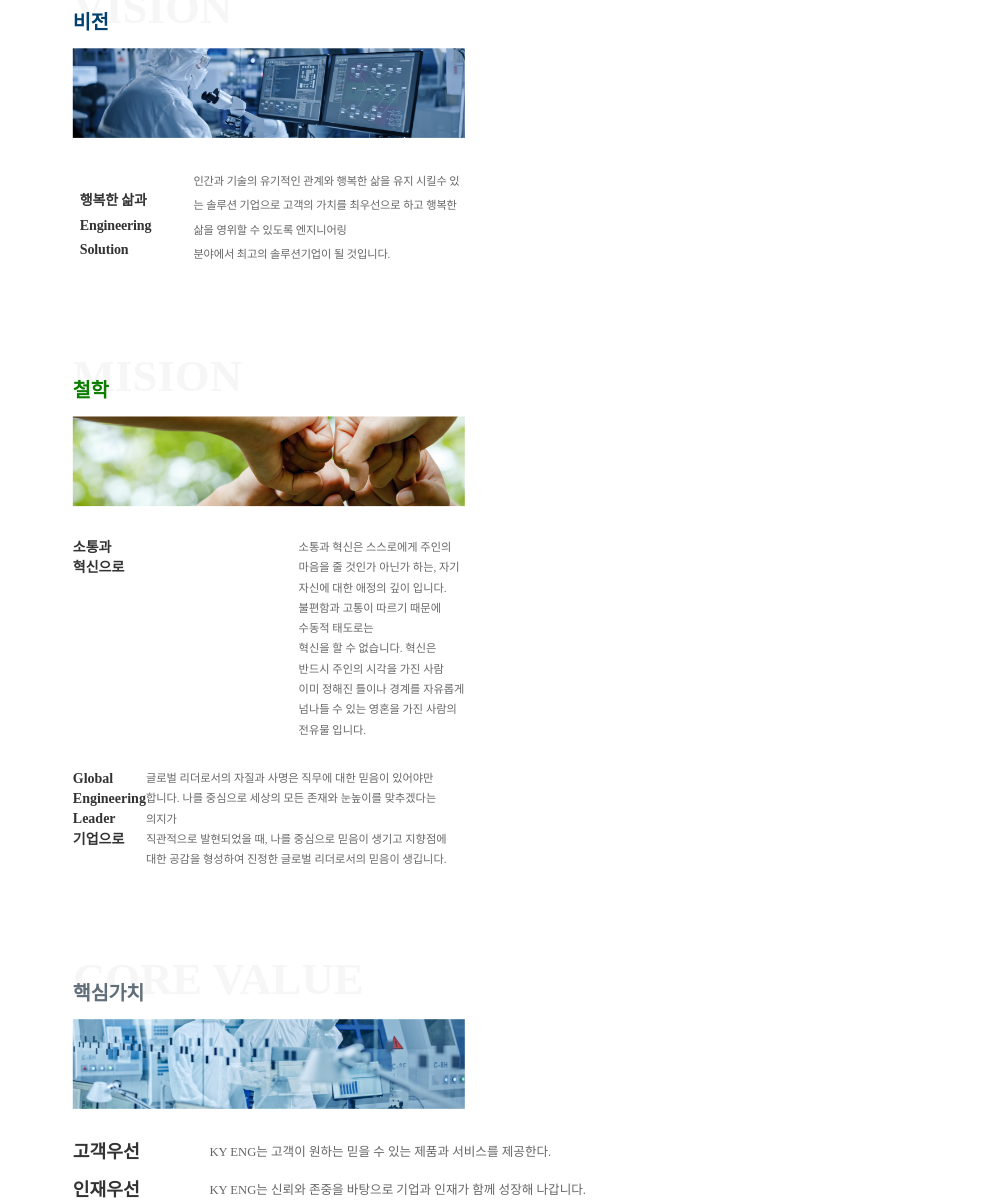
Repository: wogml3270/kumyoungENG
Page: sub/about/about_company.html
These files come from the project's save history. The page is drawn as it stood at one moment and after the next save; the edit follows.
The browser window is 768 px wide. The page is 1429 px wide, so the pictures cover 1429 px, including what lies to the right of the window. The pictures show the part of the page from y = 850 to 2570 px (the page is 3078 px tall before and 3141 px after), at 70% of full size.
Some web fonts or font styles are not loaded; a fallback is used.

Above is the page before, as saved 2022-07-25 11:50:02.

### sub/about/about_company.html
<!DOCTYPE html>
<html lang="ko">
    <head>
        <meta charset="UTF-8" />
        <meta http-equiv="X-UA-Compatible" content="ie=edge" />
        <meta name="viewport" content="width=device-width, initial-scale=1.0" />
        <link rel="stylesheet" href="./../css/reset.css" />
        <link rel="stylesheet" href="./../css/about_company.css" />
        <link rel="stylesheet" href="./../css/about_banner.css">
        <link rel="stylesheet" href="./../css/snb_bar.css">
        <link rel="stylesheet" href="../../css/header.css">
        <link rel="stylesheet" href="../../css/footer.css">
        <link rel="stylesheet" href="/css/media.css">
        <script src="https://ajax.googleapis.com/ajax/libs/jquery/3.5.1/jquery.min.js"></script>
        <script src="http://ajax.aspnetcdn.com/ajax/jQuery/jquery-1.12.4.min.js"></script>
        <script src="https://code.jquery.com/jquery-1.12.4.min.js"></script>
        <script src="../../js/script.js"></script>
        <script src="../../js/snb_bar.js"></script>
        <title>회사소개_기업정신</title>
    </head>
    <body>
        <div id="header"></div>
        <div id="wrap">
            <div class="about-banner">
                <p>KUM YOUNG ENG</p>
                <span></span>
                <h3>회사소개</h3>
                <!-- <img src="./../images/company-banner-image.png" alt="배너 이미지"> -->
            </div>

            <div class="snb">
                <a href="./../index.html">homeimg</a>

                    <ul class="snb_box">
                        <li><a href="">회사소개<img src="./../images/Vector 1.png" alt=""></a></li>
                        <li>
                            <a href="/sub/about/about_company.html">기업정신<img src="./../images/Vector 1.png" alt=""></a>
                            <ol class="lnb">
                                <li><a href="/sub/about/about_greeting.html">인사말</a></li>
                                <!-- <li><a href="/sub/about/about_company.html">기업정신</a></li> -->
                                <li><a href="/sub/about/about_management.html">경영이념</a></li>
                                <li><a href="">ESG경영</a></li>
                                <li><a href="/sub/about/about_history.html">연혁</a></li>
                                <li><a href="/sub/about/about_org.html">조직도</a></li>
                                <li><a href="/sub/about/about_branch.html">지사/해외법인</a></li>
                                <li><a href="/sub/about/about_wayto.html">오시는길</a></li>
                            </ol>
                        </li>
                    </ul>
              </div>

            <section id="mind">
                <h2>기업정신</h2>

                <article class="vision">
                    <h3>VISION</h3>
                    <h4>비전</h4>

                    <img src="./../images/vision-image.png" alt="행복한 삶과 Engineering Solution">


                    <div class="firsttx">
                        <p>
                            행복한 삶과 <br />
                            Engineering Solution
                        </p>

                        <p>
                            인간과 기술의 유기적인 관계와 행복한 삶을 유지 시킬수 있는 솔루션 기업으로
                            고객의 가치를 최우선으로 하고 행복한 삶을 영위할 수 있도록 엔지니어링 <br />
                            분야에서 최고의 솔루션기업이 될 것입니다.
                        </p>
                    </div>
                </article>

                <article class="mission">
                    <h3>MISION</h3>
                    <h4>철학</h4>
                    <img src="./../images/mission-image.png" alt="소통과 혁신으로 Global Engineering Leader 기업으로">

                    <div class="secondtx">
                        <div>
                            <p>
                                소통과 <br />
                                혁신으로
                            </p>

                            <p>
                                소통과 혁신은 스스로에게 주인의 마음을 줄 것인가 아닌가 하는, 자기 자신에 대한 애정의 깊이 입니다.
                                불편함과 고통이 따르기 때문에 수동적 태도로는 <br />
                                혁신을 할 수 없습니다. 혁신은 반드시 주인의 시각을 가진 사람 이미 정해진 틀이나
                                경계를 자유롭게 넘나들 수 있는 영혼을 가진 사람의 전유물 입니다.
                            </p>
                        </div>

                        <div>
                            <p>
                                Global Engineering <br />
                                Leader 기업으로
                            </p>

                            <p>
                                글로벌 리더로서의 자질과 사명은 직무에 대한 믿음이 있어야만 합니다.
                                나를 중심으로 세상의 모든 존재와 눈높이를 맞추겠다는 의지가 <br />
                                직관적으로 발현되었을 때, 나를 중심으로 믿음이 생기고 지향점에 대한 공감을 형성하여
                                진정한 글로벌 리더로서의 믿음이 생깁니다.
                            </p>
                        </div>
                    </div>
                </article>

                <article class="core_value">
                    <h3>CORE VALUE</h3>
                    <h4>핵심가치</h4>

                    <img src="./../images/value-image.png" alt="핵심가치">
                    <div class="thirdtx">
                        <dl>
                            <dt>고객우선</dt>
                            <dd>KY ENG는 고객이 원하는 믿을 수 있는 제품과 서비스를 제공한다.</dd>
                        </dl>
                        <dl>
                            <dt>인재우선</dt>
                            <dd>KY ENG는 신뢰와 존중을 바탕으로 기업과 인재가 함께 성장해 나갑니다.</dd>
                        </dl>
                        <dl>
                            <dt>창의적 혁신</dt>
                            <dd>KY ENG는 독창적 사고로 고정관념을 타파하여 차별화된 경쟁력을 확보하고 새로운 시장을 선도한다.</dd>
                        </dl>
                        <dl>
                            <dt>변화선도</dt>
                            <dd>KY ENG 는 현실안주를 퇴보로 인식하고, 끊임없이 변화와 혁신을 추구해온 기업이며 세계시장을 리드하고 변화를 선도하는 기업이 되기 위해 노력합니다.</dd>
                        </dl>
                    </div>

                </article>
            </section>
        </div>
        <div id="footer"></div>
    </body>
</html>

### sub/css/reset.css
@charset "UTF-8";

* {
    margin: 0;
    padding: 0;
  }

  body,
  html {
    width: 100%;
    height: 100%;
    font-family: "Pretendard";
  }

  ul,
  li {
    list-style: none;
    text-decoration: none;
  }

  a:link,
  a:visited,
  a:hover,
  a:active {
    color: #fff;
    text-decoration: none;
  }

### sub/css/about_company.css
@charset "utf-8";

@import url("https://cdn.jsdelivr.net/gh/orioncactus/pretendard@v1.3.4/dist/web/static/pretendard.css");

#wrap > img {
  width: 100%;
  height: auto;
}

#mind {
  width: 100%;
  padding-top: 110px;
}

#mind > h2 {
  color: #333;
  font-size: 24px;
  font-weight: 600;
  text-align: center;
}

article {
  width: 72.916%;
  margin-left: 13.5416%;
  margin-top: 120px;
}

article > h3 {
  color: #f6f6f6;
  font-size: 80px;
  font-weight: 800;
}

article > h4 {
  font-size: 36px;
  font-weight: 600;
  letter-spacing: -0.01em;
  position: relative;
  top: -40px;
}

article > img {
  width: 100%;
  margin-top: -20px;
}

article > div > p {
  /* word-break: keep-all; */
}

.vision > h4 {
  color: #004170;
}

.firsttx {
  display: flex;
  flex-flow: row nowrap;
  justify-content: space-between;
  margin-top: 40px;
}
.firsttx > p {
  line-height: 35px;
  letter-spacing: -0.01em;
}
.firsttx > p:nth-child(1) {
  color: #333;
  font-size: 26px;
  font-weight: 600;
  margin-right: 10px;
}
.firsttx > p:nth-child(2) {
  color: #666;
  font-weight: 400;
  font-size: 18px;
}

.mission > h4 {
  color: #0B7E00;
}
.secondtx > div {
  display: flex;
  flex-flow: row nowrap;
  justify-content: flex-start;
  margin-top: 40px;
  line-height: 35px;
}

.secondtx > div > p {
  word-break: keep-all;
  /* width: 223px; */
}

.secondtx > div:nth-child(1) > p:nth-child(1){
  /* width: 90px; */
  margin-right: 249px;
}
.secondtx > div:nth-child(2) > p:nth-child(1){
  /* width: 90px; */
  margin-right: 116px;
}


.secondtx > div:nth-child(1) > p:nth-child(2) {
  /* margin-left: 17.785%; */
  /* margin-left: 12.96875%; */
}
.secondtx > div:nth-child(2) > p:nth-child(2) {
  /* margin-left: 8.286%; */
  /* margin-left: 6.0416%; */
}
.secondtx > div > p:nth-child(1){
  color: #333;
  font-size: 26px;
  font-weight: 600;
}
.secondtx > div > p:nth-child(2){
  color: #666;
  font-size: 18px;
  font-weight: 400;
}

.core_value > h4 {
  color: #606E79;
}

.thirdtx {
  margin-top: 40px;
}

.thirdtx > dl {
  display: flex;
  flex-flow: row nowrap;
  justify-content: flex-start;
  margin-bottom: 20px;
}

.thirdtx > dl:last-child {
  margin-bottom: initial;
}

.thirdtx > dl > dt {
  color: #333;
  font-size: 26px;
  font-weight: 600;
  line-height: 35px;
  white-space: nowrap;
}

.thirdtx > dl > dd {
  color: #666;
  font-size: 18px;
  font-weight: 400;
  line-height: 35px;
  margin-left: 17.7857%;
  white-space: nowrap;
}

.thirdtx > dl:nth-child(3) > dd {
  margin-left: 15.7857%;
}

@media screen and (max-width:900px){

  article > h3 {
    font-size: 64px;
  }

  article > h4 {
    font-size: 28px;
  }

  .firsttx > p:nth-child(1) {
    margin-top: 28px;
    margin-left: 10px;
    padding-right: 50px;
    font-size: 20px;
  }

  .firsttx > p:nth-child(2) {
    font-size: 16px;
  }

  .secondtx > div {
    /* display: block */
    line-height: 29px;
  }

  .secondtx > div:nth-child(1){
    display: flex;
    flex-flow: row nowrap;
  }

  .secondtx > div:nth-child(2){
    display: flex;
    flex-flow: row nowrap;
  }

  .secondtx > div > p > br {
    /* display: none; */
  }

  .secondtx > div > p:nth-child(1){
    font-size: 20px;

  }

  .secondtx > div:nth-child(2) > p:nth-child(1) {
    margin: initial;
    /* padding-right: 100px; */
  }

  .secondtx > div > p:nth-child(2){
    word-break: keep-all;
    font-size: 16px;
  }

}

### sub/css/about_banner.css
@charset "UTF-8";

.about-banner{
    width: 100%;
    height: 500px;
    background: url(../../images/company-banner-image.png) no-repeat center center;
    background-size: cover;
    display: flex;
    flex-direction: column;
    align-items: center;
    justify-content: center;
  }
  .about-banner p{
    font-family: 'Pretendard';
    font-style: normal;
    font-weight: 400;
    font-size: 16px;
    line-height: 20px;
    text-align: center;
    letter-spacing: -0.01em;
    color: #FFFFFF;
  }
  .about-banner span{
    width: 40px;
    height: 1px;
    background: #FFFFFF;
    margin: 16px 0;
  }
  .about-banner h3{
    font-family: 'Pretendard';
    font-style: normal;
    font-weight: 700;
    font-size: 24px;
    line-height: 24px;
    text-align: center;
    letter-spacing: -0.01em;
    color: #FFFFFF;
  }

### sub/css/snb_bar.css
@charset "utf-8";

ul,li {
    list-style: none;
    text-decoration: none;
}

a:link,
a:visited,
a:hover,
a:active {
    color: #fff;
    text-decoration: none;
}

.snb {
    position: relative;
    top: -26px;
    width: 72.916%;
    height: 60px;
    margin: 0 auto;
    background-color: #fff;
    border: 1px solid #ddd;
    box-sizing: border-box;
    box-shadow: 0px 4px 15px rgba(0, 0, 0, 0.1);
    z-index: 1;
}

.snb > a {
    position: absolute;
    top: -1px;
    left: -1px;
    display: block;
    width: 65px;
    height: 60px;
    text-indent: -9999px;
    background-color: #004170;
    background-image: url(./../images/Group.png);
    background-position: center center;
    background-repeat: no-repeat;
}

.snb > a {
    display: block;
    width: 65px;
    height: 60px;
}

.snb_box {
    display: flex;
    flex-flow: row nowrap;
    /* margin-left: 20.5px; */
    margin-left: 64px;
    margin-top: 0;

}

.snb_box > li {
    position: relative;
    text-indent: 20.5px;
    /* text-indent: 30%; */
    width: 209px;
    height: 60px;
    line-height: 60px;
    border-right: 1px solid #ddd;
    box-sizing: border-box;
}

.snb_box > li > a {
    display: block;
    height: 60px;
    color: #333;
}

.snb_box > li > a > img {
    position: absolute;
    top: 22.5px;
    left: 80%;

}

.snb_box > li:last-child > a:hover > img {
    transform: rotate(90deg);
    transition: 0.3s;
}

.lnb {
    display: none;
    position: absolute;
    width: 100%;
    padding: 0;
    border: 1px solid #DDDDDD;
    border-top: none;
    background-color: #fff;
}

.lnb > li > a {
    color: #333;
    display: block;
}

.lnb > li > a:hover {
    background-color: #F5F5F5;
}

### css/footer.css
@charset "utf-8";

@import url("https://cdn.jsdelivr.net/gh/orioncactus/pretendard@v1.3.4/dist/web/static/pretendard.css");

body {
    margin: 0 auto;
    padding: 0;
}

footer {
    position: relative;
    width: 100%;
    height: 132px;
    font-family: 'Pretendard';
    font-size: 14px;
    font-weight: 400;
    background-color: #122B42;
    display: flex;
    align-items: center;
    justify-content: space-between;
    margin-top: 150px;
}

footer > address {
    color: #CECED5;
    line-height: 30px;
    font-style: normal;
    letter-spacing: -0.01em;
    margin-left: 13.663%;
}

footer > .footer-right{
    display: flex;
    flex-direction: column;
    align-items: flex-end;
    margin-right: 13.663%;
}
footer > .footer-right .logo {
    margin-bottom: 16px;
    display: block;
}

footer > .footer-right span {
    color: #CECED5;
}

### css/media.css
@charset "utf-8";

@media only screen and (min-width: 899px){
    .header_gnb_mobile{
        position: absolute;
        top: -9999px;
    }
}
    /* 모바일 가로, 타블렛 세로 */
@media only screen and (max-width: 899px) {

    /* header */
    .header{
        height: 120px;
        flex-direction: column;
    }
    .header > a{
        margin: 27px 10px 0 10px;
        z-index: 9999;
    }
    .header > a > img{
        width: 120px;
    }
    .header_gnb{
        display: none;
    }
    .header > .right{
        margin-right: 0;
        width: 100%;
    }
    .header > .right > .lang{
        position: absolute;
        top: 30px;
        left: 20px;
    }
    .header > .right > .lang > a{
        font-size: 11px;
    }
    .header_gnb_mobile{
        padding-top: 80px;
        width: 100%;
        background: #ffffff;
        position: absolute;
        top: 0;
    }
    .header_gnb_mobile > li{
        padding: 15px 20px;
        cursor: pointer;
        border-bottom: 1px solid #cccccc;
        position: relative;
    }
    .header_gnb_mobile > li::before{
        content: ">";
        position: absolute;
        right: 25px;
        font-family: 'Pretendard';
        font-style: normal;
        font-weight: 400;
        font-size: 20px;
        color: #9c9c9c;
        transform: rotate(90deg);
        transition: 0.3s;
    }
    .header_gnb_mobile > li > a{
        color: #333333;
        font-family: 'Pretendard';
        font-style: normal;
        font-weight: 400;
    }
    .header_gnb_mobile_toggle{
        display: block;
        z-index: 9999;
    }
    .header_gnb_mobile > li > ul > li{
        margin-left: 20px;
        margin-top: 5px;
    }
    .header_gnb_mobile > li > ul > li > a{
        position: relative;
        font-family: 'Pretendard';
        font-style: normal;
        font-weight: 400;
        font-size: 13px;
        line-height: 18px;
        letter-spacing: -0.01em;
        color: #5B5D7E;
    }
    .header_gnb_mobile > li > ul > li > a::before{
        content: "";
        background: #333333;
        width: 3px;
        height: 3px;
        border-radius: 50%;
        position: absolute;
        left: -11px;
        top: 6px;
    }

    /* main */
    .main_slide > ul > li{
        padding: 0;
        width: 25%;
        text-align: center;
    }
    .tab_menu{
        width: 100%;
    }
    .tab_menu .active::after{
        content: "";
        position: absolute;
        width: 95%;
        height: 63px;
        background: none;
        border: 3px solid #0b7e00;
        left: 10px;
        bottom: 0;
    }
    .tab_menu > .list{
        text-align: center;
        align-items: center;
        justify-content: center;
        flex-direction: column;
    }
    .tab_menu > .list > li{
        width: 100%;
        margin-right: 0;
        padding: 20px 0;
    }
    .tab_menu > .list > li.active{
        font-weight: 900;
    }
    .content01_area{
        height: 1078px;
    }
    .content01_box{
        flex-direction: column;
    }
    .content01_img{
        margin-right: 0;
        text-align: center;
    }
    .content01_img img{
        margin-right: 0;
    }
    .content01_img2 img{
        width: 90%;
    }
    .content01_caption{
        margin: 10px 0;
        width: 80%;
    }
    .content02{
        height: auto;
    }
    .content02 > h2{
        width: 100%;
        text-align: center;
    }
    .content02_box{
        flex-direction: column;
        justify-content: center;
        align-items: center;
        margin: 100px auto;
        gap: 60px;
        width: 90%;
    }
    .content02_box img{
        width: 100%;
    }
    .content02_txt_box{
        top: 172px;
        width: 90%;
        left: 20px;
    }

    .content03_box{
        width: 100%;
    }
    .content03_box_title{
        width: 80%;
    }
    .content03_box_sub{
        width: 80%;
    }

    /* footer */
    footer{
        flex-direction: column;
        justify-content: space-around;
        height: 250px;
    }
    footer > address{
        margin-left: 0;
        text-align: center;
        font-size: 16px;
        width: 80%;
    }
    footer > .footer-right{
        flex-direction: column;
        align-items: center;
        margin: 0 15px;
    }
}

### sub/about/footer.html
<footer>
    <address>
        금영이엔지 | 대전광역시 유성구 엑스포로 385, 본관동 1층,3층 (문지동) <br />
        Tel 042&ndash;824&ndash;5538 | Fax 042&ndash;824&ndash;5539 <br />
        사업자등록번호 314&ndash;81&ndash;92242
    </address>

    <div class="footer-right">
        <a href="#" class="logo">
            <img src="/images/logo-footer.svg" alt="">
        </a>
        <span>Copyright &copy; 2015 KUM YOUNG. All Rights Reserved.</span>
    </div>

</footer>

Loaded but not shown: js/script.js (36 lines, source omitted); js/snb_bar.js (14 lines, source omitted); sub/about/header.html (358 lines, source omitted); css/header.css (302 lines, source omitted)

After the next save:
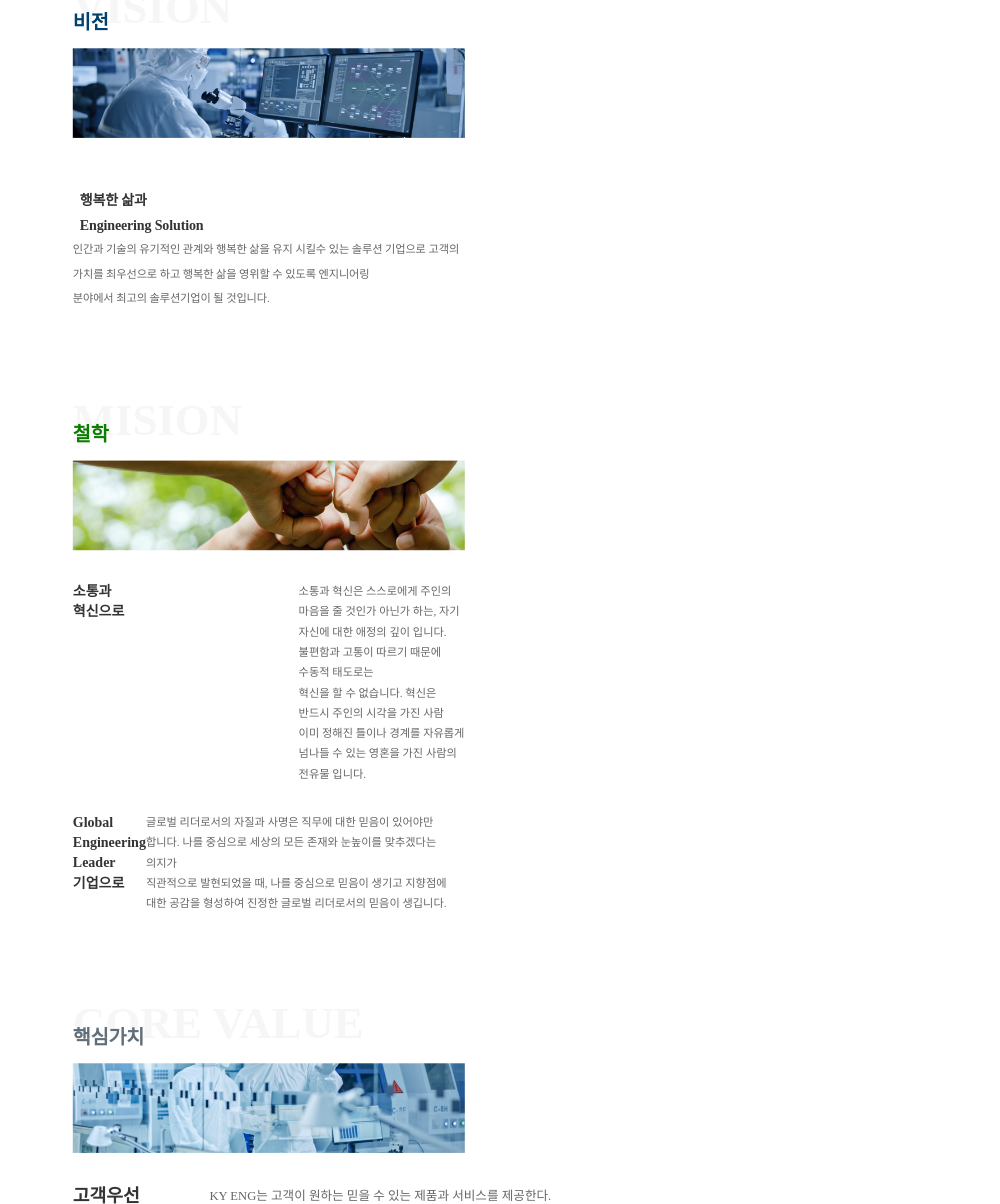
Saved 53 s later.
--- a/sub/css/about_company.css
+++ b/sub/css/about_company.css
@@ -159,7 +159,7 @@
   margin-left: 15.7857%;
 }
 
-@media screen and (max-width:900px){
+@media screen and (max-width: 899px){
 
   article > h3 {
     font-size: 64px;
@@ -168,7 +168,9 @@
   article > h4 {
     font-size: 28px;
   }
-
+  .firsttx{
+      flex-direction: column;
+  }
   .firsttx > p:nth-child(1) {
     margin-top: 28px;
     margin-left: 10px;
